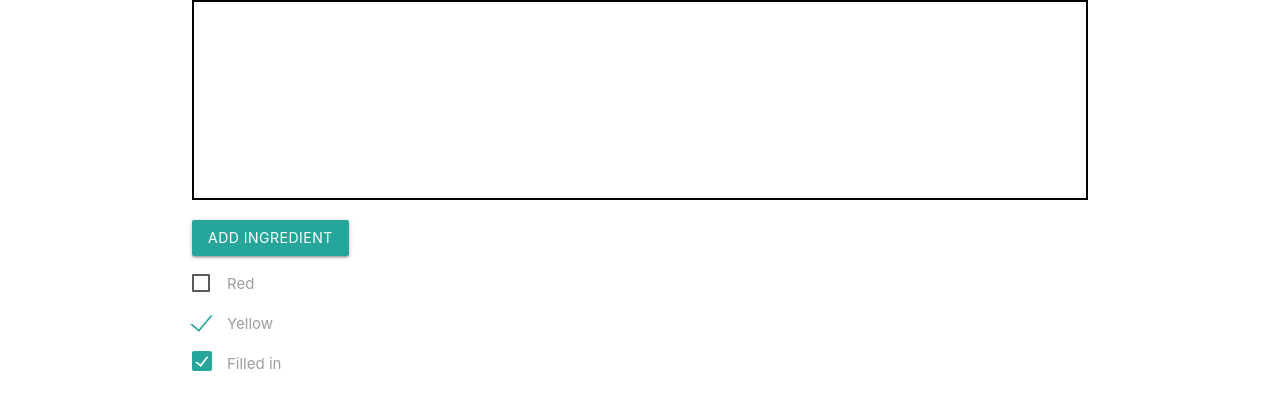
Repository: Aaron-R-Carter/Project1
Page: prototype.html
These files come from the project's save history. The page is drawn as it stood at one moment and after the next save; the edit follows.
The browser window is 1280 px wide. The pictures show the whole page.

Above is the page before, as saved 2019-10-31 22:43:00.
Console error: SyntaxError: Unexpected token '<'

### prototype.html
<!DOCTYPE html>
<html>

<head>
    <!--Import Google Icon Font-->
    <link href="https://fonts.googleapis.com/icon?family=Material+Icons" rel="stylesheet">
    <!--Import materialize.css-->
    <link rel="stylesheet" href="https://cdnjs.cloudflare.com/ajax/libs/materialize/1.0.0/css/materialize.min.css">
    <link rel="stylesheet" href="./prototype.css">
    <!--Let browser know website is optimized for mobile-->
    <meta name="viewport" content="width=device-width, initial-scale=1.0" />

</head>

<body>

    <div class="container">
        <div id="form-page" class="row">


                <form action="#">

        </div>
            <form id="ingredient-add-btn" class="row">

                <!-- Button will trigger new ingredient to be added -->
                <div class="col s 12">
                    <input id="add " class="btn btn-primary mb-2" type="submit" value="add ingredient">
                </div>
            </form>

                    <p>
                      <label>
                        <input type="checkbox" />
                        <span>Red</span>
                      </label>
                    </p>
                    <p>
                      <label>
                        <input type="checkbox" checked="checked" />
                        <span>Yellow</span>
                      </label>
                    </p>
                    <p>
                      <label>
                        <input type="checkbox" class="filled-in" checked="checked" />
                        <span>Filled in</span>
                      </label>
                    </p>
            <div id="ingredient-view-button"></div>

    </div>



    <script src="https://code.jquery.com/jquery-3.4.1.min.js"
        integrity="sha256-CSXorXvZcTkaix6Yvo6HppcZGetbYMGWSFlBw8HfCJo=" crossorigin="anonymous"></script>
    <script src="https://cdnjs.cloudflare.com/ajax/libs/materialize/1.0.0/js/materialize.min.js"></script>
    <script src="./script.js"></script>

</body>

</html>

### prototype.css
#form-page {
    width: 100%;
    height: 200px;
    border: 2px solid black;
}

#ingredient-input {
    width: 100%;
    height: 200px;
    border: 2px solid black;
}

### script.js

    <div id="left-box">
    <form id="ingredient-form">
        <label for="ingredient-input">List of Ingredients:</label>
        <br>
        <input type="text" id="ingredient-input" placeholder="Ingredients">

        <!-- Button will trigger new ingredients to be added -->
        <input id="add " class="btn btn-primary mb-2" type="submit" value="Add a zipcode">
    </form>

    <div id="zipcode-view"></div>
</div>

After the next save:
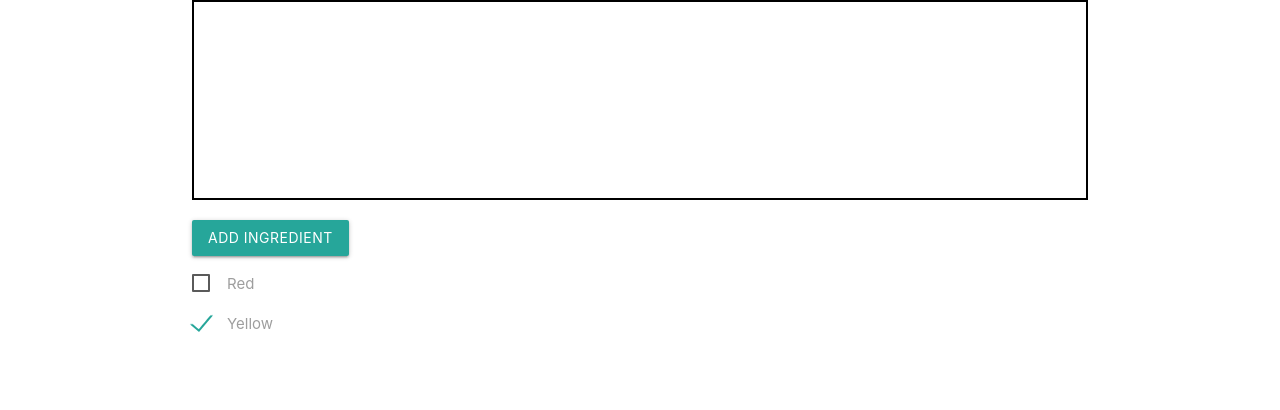
Saved 32 s later.
--- a/prototype.html
+++ b/prototype.html
@@ -41,12 +41,7 @@
                         <span>Yellow</span>
                       </label>
                     </p>
-                    <p>
-                      <label>
-                        <input type="checkbox" class="filled-in" checked="checked" />
-                        <span>Filled in</span>
-                      </label>
-                    </p>
+
             <div id="ingredient-view-button"></div>
 
     </div>
